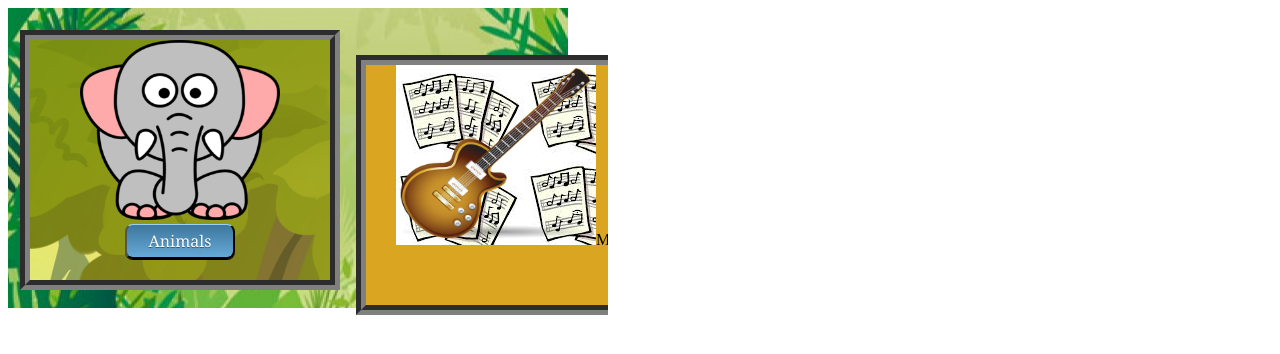
Repository: RathipriyaChandrasekaran/dotlite
Page: ConnectDots/menupage.html
The author's editor kept a copy of each file at every save. The page is drawn from the files as they stood at one save, then again after the next save.
The browser window is 1280 px wide. The pictures show the whole page.

Above is the page before, as saved 2014-12-15 05:16:44.

### ConnectDots/menupage.html
<!DOCTYPE html>
<html>
<head>
     <meta charset="utf-8" />
     <meta name="viewport" content="width=device-width, initial-scale=1.0, maximum-scale=1.0">
     <link rel="stylesheet" type="text/css" href="css/menupage.css"/>
     <script src="js/main.js"></script>
</head>
<body>

 <div id="scroll" class="scope" >

   <div id="filmstrip" class="filmstrip" style= "width:1080px !important;">
    <div id="animallearning" class="scrollable" onclick="animalpage()" style="background-image: url(images/jungles.png); height:240px; width:500px;">
     <img src="images/elephants.png"></img>
     <button class="button" style="width:110px !important;" >Animals</button>
    </div>
    <div id="musiclearning" class="scrollable">
     <img src="images/guitar.png" id="blurredimage" style="background-image: url(images/music.png);></img>
     <button class="button" style="width:110px !important;" >Music</button>
     <img src="images/lock.png" style="width: 50px !important; height: 50px !important; top:50px; position:absolute;"></img>

    </div>
    <div id="fruitslearning" class="scrollable">
     <img src="images/fruits.png" ></img>
     <button class="button" style="width:110px !important;">Fruits</button>
      <img src="images/lock.png" style="width: 50px !important; height: 50px !important;top: 50px; position:absolute;"></img>
    </div>

   </div>
 </div>
 <canvas id="canvas" width="560px" height="300px"> </canvas>

 <script>
 var points=new Array();
 var canvas = document.getElementById('canvas');
 var context = canvas.getContext('2d');
 var height = 300;
 var width = 550;

 context.beginPath();
 context.rect(1, 1, width, height);
 context.fill();
 context.lineWidth = 1;
 context.strokeStyle = 'black';
 context.stroke();

 function loadCanvas(dataURL, _cb) {

     // load image from data url
     var imageObj = new Image();
     imageObj.onload = function() {
         var imgWidth = this.width;
         var imgHeight = this.height;
         var posX = (width - imgWidth)/2;
         var posY = (height - imgHeight)/2;
         context.drawImage(this, -5, posY + 10);
         if (_cb) _cb();
     };

     imageObj.src = dataURL;
 }

loadCanvas("images/jungle.png", function() {

});

function animalpage(){
	window.location.href="animals.html";
}


 </script>
</body>
</html>

### ConnectDots/css/menupage.css
.scope{
     position: absolute;
     top: 30px;
     width:600px;
     overflow-x:scroll;
     overflow-y:hidden;
   }

.scrollable{
      cursor: pointer;
      background-color: #DAA520;
      width: 500px;
      height: 240px;
      position: relative;
      border: 10px solid grey;
      border-style: groove;
    }


.filmstrip>div {
  width:300px !important;
  display:inline-block;
  text-align:center;
  margin-left: 12px;
}

img{
	position: center;
	top:15px;
	width:200px;
	height: 180px;
}

blurredimage{

 -webkit-filter: blur(10px);
}

 #homebutton{
	 width:50px;
	 height:50px;
}
.button {
   border-top: 1px solid #96d1f8;
   background: #D2691E;
   background: -webkit-gradient(linear, left top, left bottom, from(#3e779d), to(#65a9d7));
   background: -webkit-linear-gradient(top, #3e779d, #65a9d7);
   background: -moz-linear-gradient(top, #3e779d, #65a9d7);
   background: -ms-linear-gradient(top, #3e779d, #65a9d7);
   background: -o-linear-gradient(top, #3e779d, #65a9d7);
   padding: 5px 10px;
   -webkit-border-radius: 8px;
   -moz-border-radius: 8px;
   border-radius: 8px;
   -webkit-box-shadow: rgba(0,0,0,1) 0 1px 0;
   -moz-box-shadow: rgba(0,0,0,1) 0 1px 0;
   box-shadow: rgba(0,0,0,1) 0 1px 0;
   text-shadow: rgba(0,0,0,.4) 0 1px 0;
   color: white;
   font-size: 16px;
   font-family: Georgia, serif;
   text-decoration: none;
   vertical-align: middle;
   }
.button:hover {
   border-top-color: #28597a;
   background: #28597a;
   color: #ccc;
   }
.button:active {
   border-top-color: #1b435e;
   background: #D2691E;
   }

### ConnectDots/js/main.js
var startTime;
var checkTime;

//Initialize function
var init = function () {
	// TODO:: Do your initialization job
	console.log("init() called");

	// add eventListener for tizenhwkey
	document.addEventListener('tizenhwkey', function(e) {
		if(e.keyName == "back") {
			try {
				tizen.application.getCurrentApplication().exit();
			} catch (error) {
				console.error("getCurrentApplication(): " + error.message);
			}
		}
	});
};
// window.onload can work without <body onload="">
window.onload = init;

function startTime() {
	var today = new Date();
	var h = today.getHours();

	var m = today.getMinutes();
	var s = today.getSeconds();
	m = checkTime(m);
	s = checkTime(s);
	document.getElementById('divbutton1').innerHTML="Current time: " + h + ":" + m + ":" + s;
	var t = setTimeout(startTime, 250);
}

function checkTime(i) {
	if (i < 10) {
		i="0" + i;
	}
	return i;
}

After the next save:
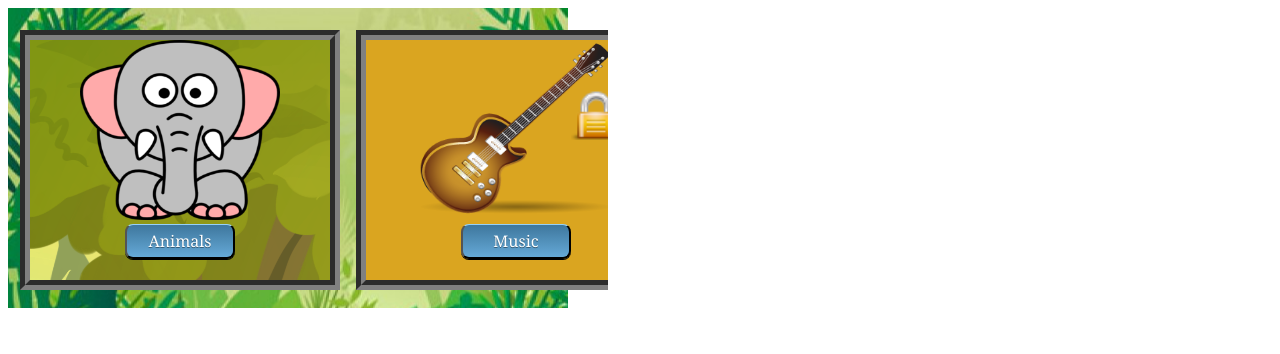
Saved 51 s later.
--- a/ConnectDots/menupage.html
+++ b/ConnectDots/menupage.html
@@ -16,7 +16,7 @@
      <button class="button" style="width:110px !important;" >Animals</button>
     </div>
     <div id="musiclearning" class="scrollable">
-     <img src="images/guitar.png" id="blurredimage" style="background-image: url(images/music.png);></img>
+     <img src="images/guitar.png" id="blurredimage"></img>
      <button class="button" style="width:110px !important;" >Music</button>
      <img src="images/lock.png" style="width: 50px !important; height: 50px !important; top:50px; position:absolute;"></img>
 
